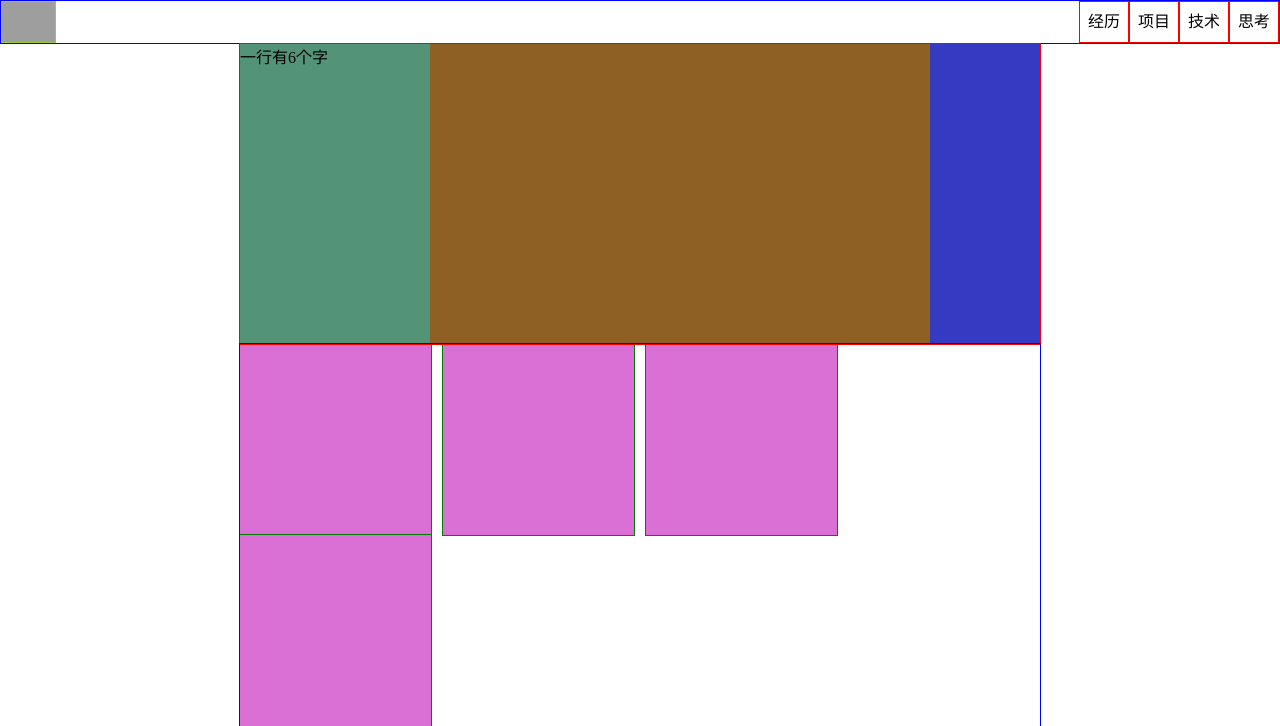
Repository: Lixianlai-2/Css-practice
Page: index.html
These files come from the project's save history. The page is drawn as it stood at one moment and after the next save; the edit follows.
The browser window is 1280 px wide. The pictures show the whole page.
Pictures or frames that could not be fetched are drawn as grey boxes.

Above is the page before, as saved 2021-12-03 11:14:17.

### index.html
<!DOCTYPE html>
<html>
  <head>
    <meta charset="utf-8" />
    <link rel="stylesheet" href="style.css" />
    <title>float浮动</title>
  </head>

  <body>
    <header class="clearfix">
      <div class="logo">
        <img
          src="https://avatars.githubusercontent.com/u/23273345?v=4"
          alt="头像"
        />
      </div>
      <ul class="clearfix">
        <li>经历</li>
        <li>项目</li>
        <li>技术</li>
        <li>思考</li>
      </ul>
    </header>
    <div class="content clearfix">
      <aside>一行有6个字</aside>
      <main></main>
      <div class="ad"></div>
    </div>

    <div class="imageList clearfix">
      <div class="image"></div>
      <div class="image"></div>
      <div class="image"></div>
      <div class="image"></div>
    </div>
  </body>
</html>

### style.css
* {
  margin: 0;
  padding: 0;
  box-sizing: border-box;
}

img {
  max-width: 100%;
}

.clearfix::after {
  content: "";
  display: block;
  clear: both;
}

header {
  border: 1px solid blue;
}

ul,
ol {
  list-style: none;
}

.logo {
  display: inline-block;
  border: 1px solid yellowgreen;
  float: left;
}
.logo > img {
  height: 40px;
  vertical-align: middle;
}

ul > li {
  border: 1px solid red;
  line-height: 32px;
  float: left;
  padding: 4px 0.5em;
}
ul {
  /* 必须让其浮动，也让logo浮动，才能让其父容器完全贴合 */
  float: right;
}

.content {
  /* 不占据空间，绘制于元素内容周围 */
  outline: 1px solid red;
  width: 800px;
  margin: auto;
}

.content > aside {
  width: 190px;

  height: 300px;
  float: left;
  background-color: rgb(83, 147, 119);
}

.content > main {
  height: 300px;
  width: 500px;
  float: left;
  background-color: rgb(142, 96, 35);
}

.content > .ad {
  width: 110px;
  height: 300px;
  float: left;
  background-color: rgb(52, 59, 194);
}

.imageList {
  outline: 1px solid blue;
  width: 800px;
  margin-left: auto;
  margin-right: auto;
}

.image {
  outline: 1px solid green;
  background-color: orchid;
  width: 191px;
  height: 191px;
  float: left;
  margin-right: 12px;
}

After the next save:
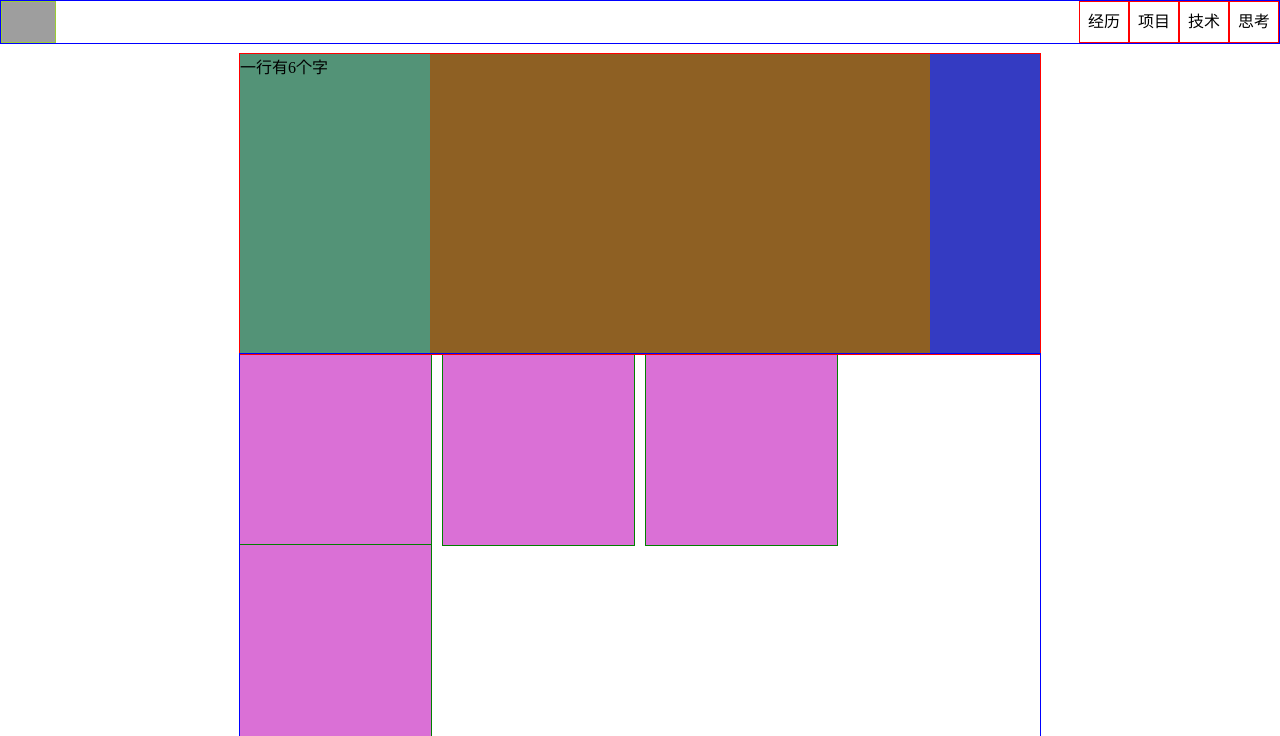
Saved 71 s later.
--- a/style.css
+++ b/style.css
@@ -48,7 +48,9 @@ ul {
   /* 不占据空间，绘制于元素内容周围 */
   outline: 1px solid red;
   width: 800px;
-  margin: auto;
+  margin-top: 10px;
+  margin-left: auto;
+  margin-right: auto;
 }
 
 .content > aside {
